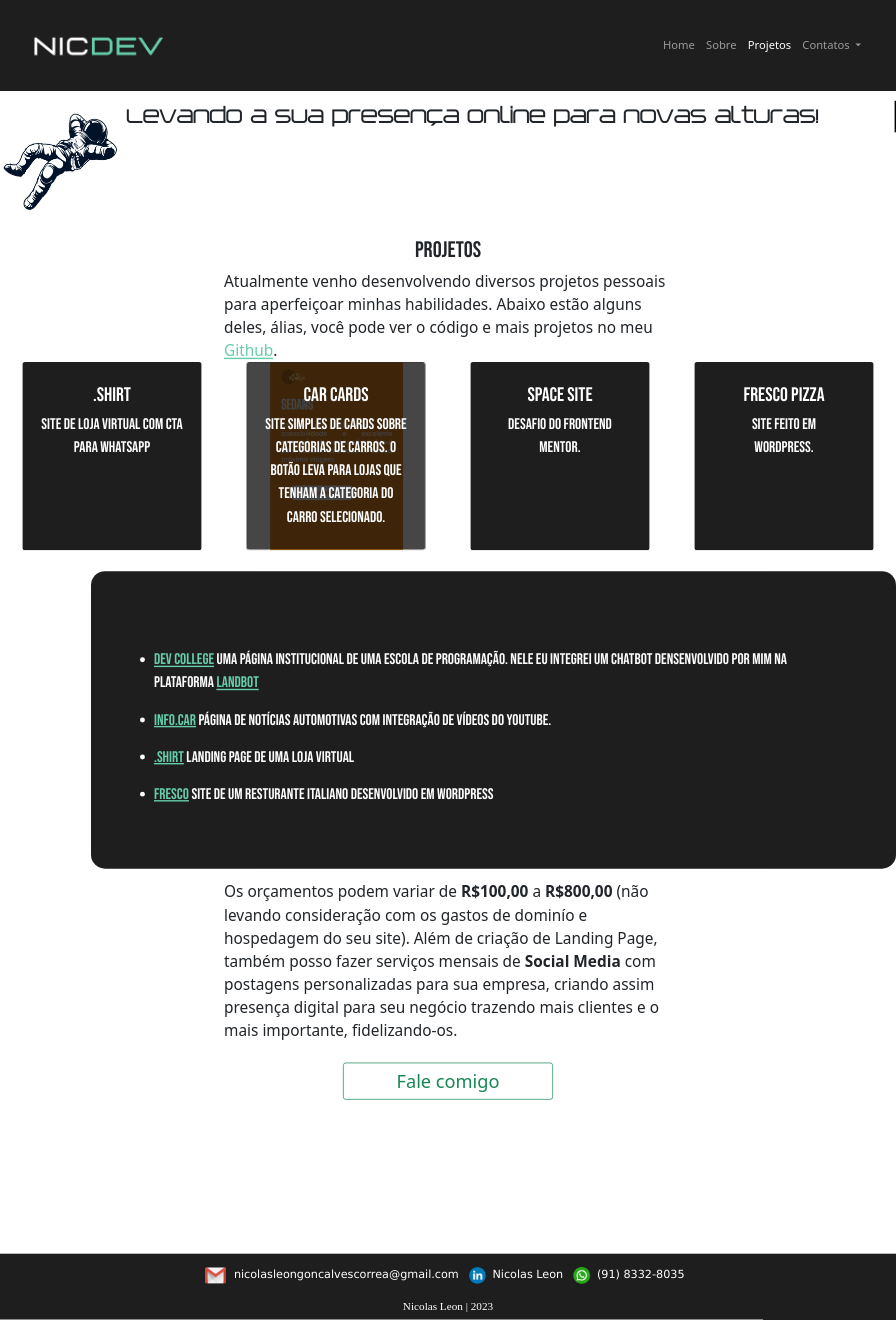
Repository: Leonngc/nicdev
Page: projects.html
An editor plug-in stored every save of this project. The page is shown before and after the next save, followed by the edit.
The browser window is 1280 px wide. The pictures show the whole page, at 70% of full size.

Above is the page before, as saved 2023-06-04 23:10:34.

After the next save:
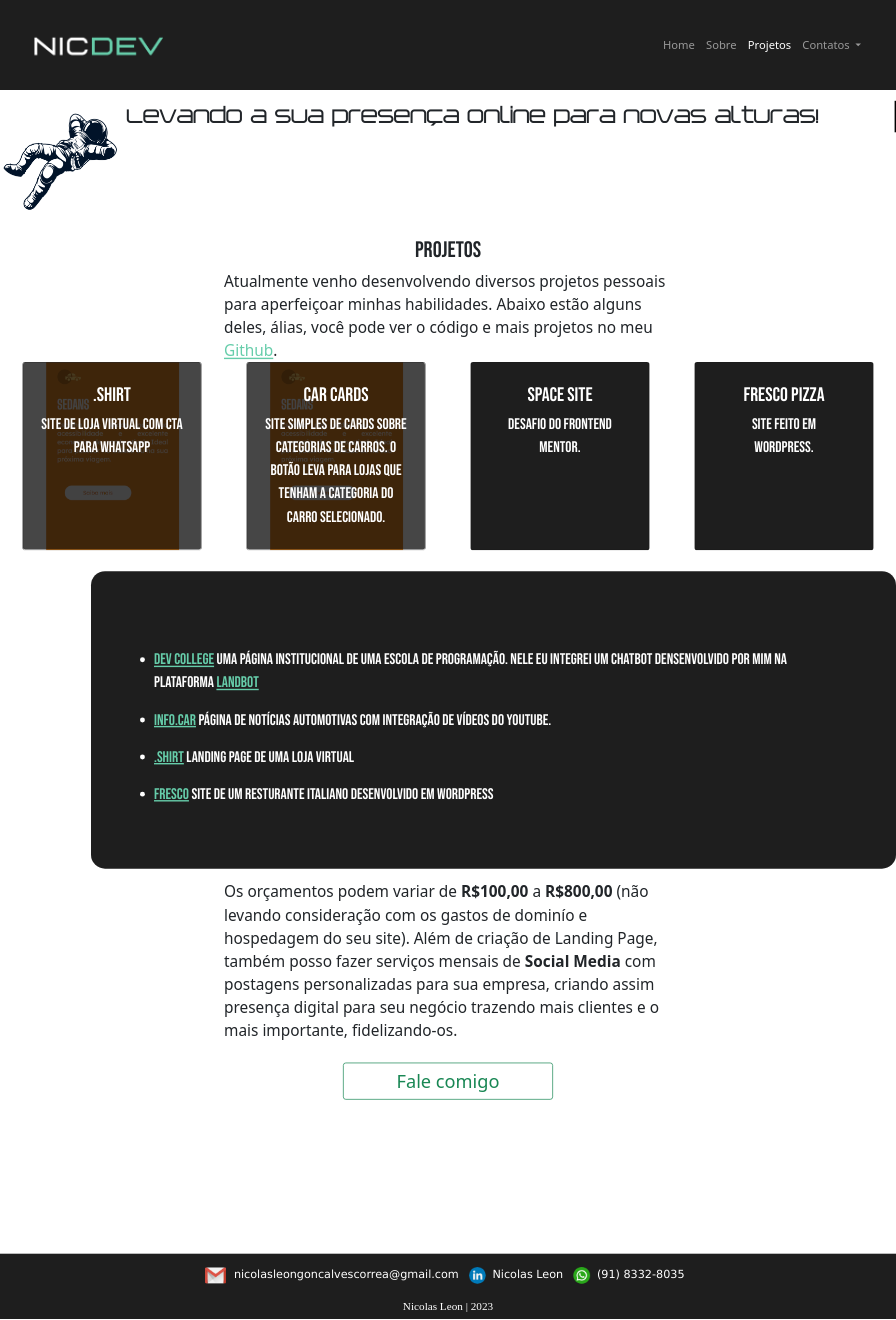
Saved 6 s later.
--- a/styles/projects.css
+++ b/styles/projects.css
@@ -116,7 +116,10 @@ li > img{
 
 
 #card-0{
-
+  background-image: url(../images/carcards.png);
+  background-repeat: no-repeat;
+  background-size: cover;
+  box-shadow: inset 0 0 0 50vw rgba(0, 0, 0, 0.727);
 }
 #card-1{
   background-image: url(../images/carcards.png);
